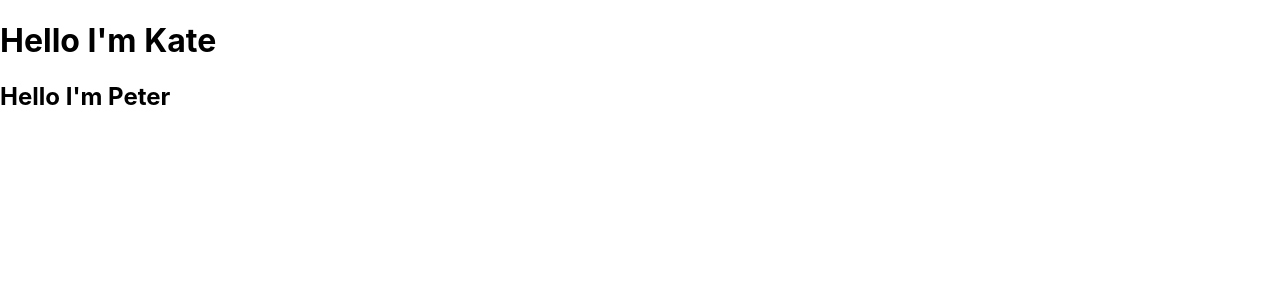
Repository: kate30980/task-tracker-reactjs
Page: /
An editor plug-in stored every save of this project. The page is shown before and after the next save, followed by the edit.
The browser window is 1280 px wide. The pictures show the whole page.
The project was rebuilt for these pictures with package versions that can differ from the ones it lists, and the page was loaded fresh each time.

Above is the page before, as saved 2021-09-19 12:15:30.

### public/index.html
<!DOCTYPE html>
<html lang="en">

<head>
  <meta charset="utf-8" />
  <link rel="icon" href="%PUBLIC_URL%/favicon.ico" />
  <meta name="viewport" content="width=device-width, initial-scale=1" />
  <meta name="theme-color" content="#000000" />
  <meta name="description" content="Web site created using create-react-app" />
  <link rel="apple-touch-icon" href="%PUBLIC_URL%/logo192.png" />
  <!--
      manifest.json provides metadata used when your web app is installed on a
      user's mobile device or desktop. See https://developers.google.com/web/fundamentals/web-app-manifest/
    -->
  <link rel="manifest" href="%PUBLIC_URL%/manifest.json" />
  <!--
      Notice the use of %PUBLIC_URL% in the tags above.
      It will be replaced with the URL of the `public` folder during the build.
      Only files inside the `public` folder can be referenced from the HTML.

      Unlike "/favicon.ico" or "favicon.ico", "%PUBLIC_URL%/favicon.ico" will
      work correctly both with client-side routing and a non-root public URL.
      Learn how to configure a non-root public URL by running `npm run build`.
    -->
  <title>Task Tracker</title>
</head>

<body>
  <noscript>You need to enable JavaScript to run this app.</noscript>
  <div id="root"></div>
  <!--
      This HTML file is a template.
      If you open it directly in the browser, you will see an empty page.

      You can add webfonts, meta tags, or analytics to this file.
      The build step will place the bundled scripts into the <body> tag.

      To begin the development, run `npm start` or `yarn start`.
      To create a production bundle, use `npm run build` or `yarn build`.
    -->
</body>

</html>

### src/App.js
function App() {
  const name = "Brad";
  const x = false;
  return (
    <div className="container">
      <h1>Hello I'm Kate</h1>
      <h2>Hello I'm {x ? "Kate" : "Peter"}</h2>
    </div>
  );
}

export default App;

Loaded but not shown: src/index.js (common file); src/index.css (common file); src/reportWebVitals.js (common file)

After the next save:
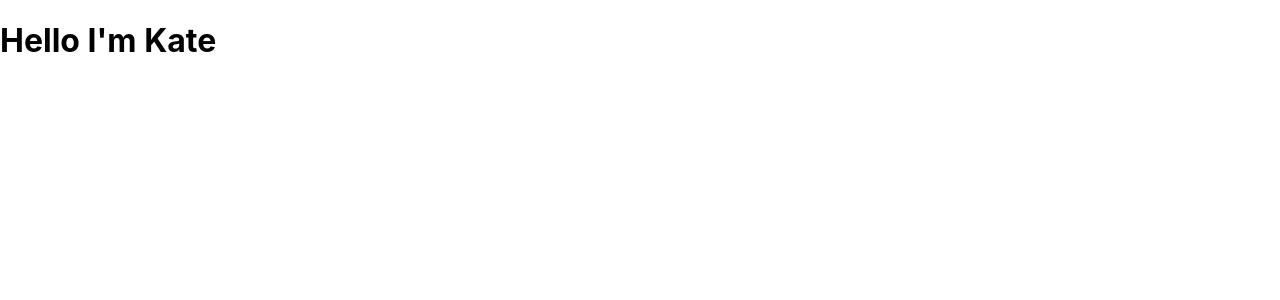
Saved 23 s later.
--- a/src/App.js
+++ b/src/App.js
@@ -4,7 +4,6 @@ function App() {
   return (
     <div className="container">
       <h1>Hello I'm Kate</h1>
-      <h2>Hello I'm {x ? "Kate" : "Peter"}</h2>
     </div>
   );
 }
